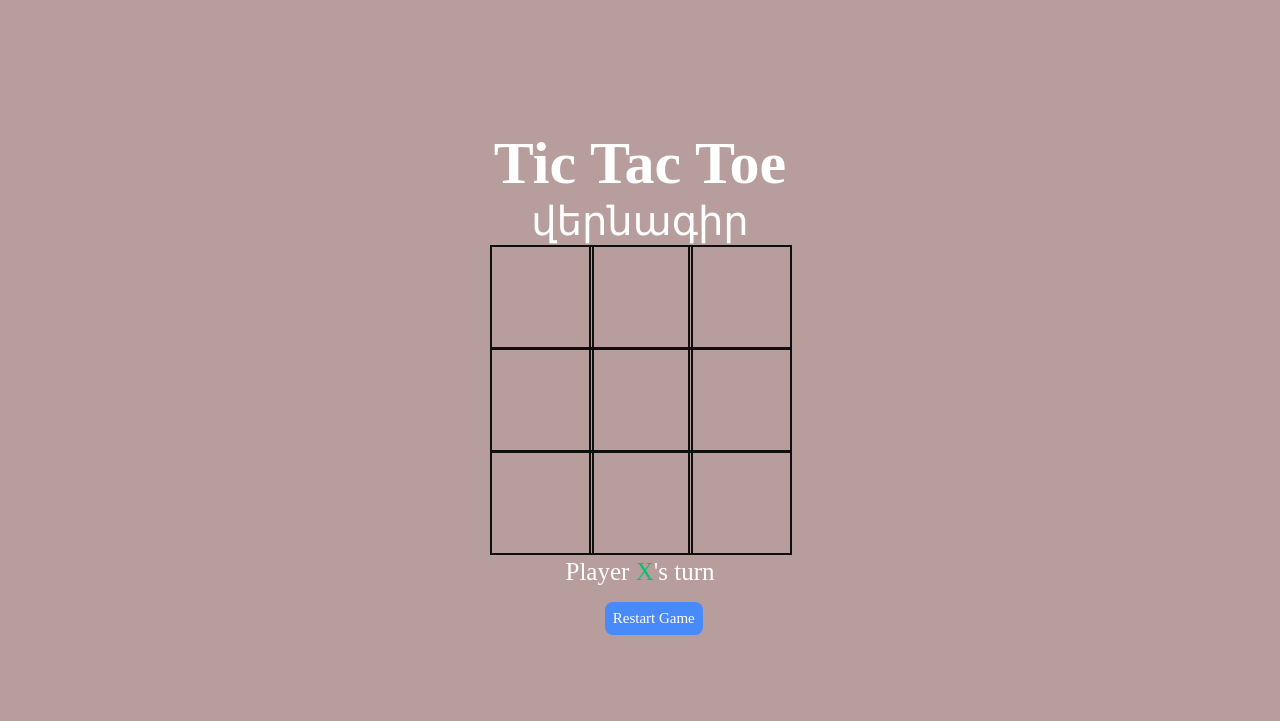
Repository: sedashahnazaryan/tic-tac-too
Page: index.html
These files come from the project's save history. The page is drawn as it stood at one moment and after the next save; the edit follows.
The browser window is 1280 px wide. The pictures show the whole page.

Above is the page before, as saved 2022-02-01 01:32:04.

### index.html
<!DOCTYPE html>
<html lang="en">
  <head>
    <meta charset="UTF-8" />
    <meta http-equiv="X-UA-Compatible" content="IE=edge" />
    <meta name="viewport" content="width=device-width, initial-scale=1.0" />
    <link rel="stylesheet" href="./index.css" />
    <title>Tic-Tac-Toe</title>
  </head>
  <main class="background">
    <section class="title">
        <h1>Tic Tac Toe</h1> վերնագիր
    </section>

    <section class="container">
        <div class="tile"></div>
        <div class="tile"></div>
        <div class="tile"></div>
        <div class="tile"></div>
        <div class="tile"></div>
        <div class="tile"></div>
        <div class="tile"></div>
        <div class="tile"></div>
        <div class="tile"></div>
    </section>
    <section class="display">
        Player <span class="display-player playerX">X</span>'s turn
    </section>
    <section class="display announcer hide"></section>
    <section class="controls">
        <button id="restart">Restart Game</button>
    </section>
</main>
  <body>
    <script src="index.js"></script>
  </body>
</html>

### index.css
* {
    padding: 0;
    margin: 0;
    font-family: 'Itim', cursive;
}
.background{
    background-color: #b89d9d;
    height: 100vh;
    padding-top: 1px;
}
.title{
    color: white;
    text-align: center;
    font-size: 40px;
    margin-top: 10%;
}
.display
{
    color:white;
    font-size: 25px;
    text-align: center;
    margin-top: 1px;
    margin-bottom: 1pc;
}
.hide{
    display: none;
}
.container {
    margin: 0 auto;
    display: grid;
    grid-template-columns: 33% 33% 33%;
    grid-template-rows: 33% 33% 33%;
    max-width: 300px;
}
.tile {
    border: 2px solid rgb(15, 15, 15);
    min-width: 100px;
    min-height: 100px;
    display: flex;
    justify-content: center;
    align-items: center;
    font-size: 50px;
    cursor: pointer;
}
.playerX {
    color: #09C372;
}

.playerO {
    color: #498AFB;
}
.contrtols{
    display: flex;
    flex-direction: row;
    justify-content:center;
    align-items: center;
    margin-top: 1cm;
}
#restart{
    background-color: #498AFB;
    color: white;
    padding: 8px;
    border-radius: 8px;
    border: none;
    font-size: 15px;
    margin-left: 16cm;
    cursor: pointer;

}

### index.js
window.addEventListener('DOMContentLoaded', () => {
    const tiles = Array.from(document.querySelectorAll('.tile'));
const playerDisplay = document.querySelector('.display-player');
const restartButton = document.querySelector('#restart');
const announcer = document.querySelector('.announcer');

let board = ['', '', '', '', '', '', '', '', ''];
let currentPlayer = 'X';
let isGameActive = true;

const PLAYERX_WON = 'PLAYERX_WON';
const PLAYERO_WON = 'PLAYERO_WON';
const TIE = 'TIE';

const winningConditions = [
    [0, 1, 2],
    [3, 4, 5],
    [6, 7, 8],
    [0, 3, 6],
    [1, 4, 7],
    [2, 5, 8],
    [0, 4, 8],
    [2, 4, 6]
 ];
 function handleResultValidation() {
    let roundWon = false;
    for (let i = 0; i <= 7; i++) {
      const winCondition = winningConditions[i];
      const a = board[winCondition[0]];
      const b = board[winCondition[1]];
      const c = board[winCondition[2]];
      if (a === "" || b === "" || c === "") {
        continue;
      }
      if (a === b && b === c) {
        roundWon = true;
        break;
      }
    }

    if (roundWon) {
      announce(currentPlayer === "X" ? PLAYERX_WON : PLAYERO_WON);
      isGameActive = false;
      return;
    }

    if (!board.includes(""))
    announce(TIE);
  }
 const announce = (type) => {
    switch(type){
       case PLAYERO_WON:
            announcer.innerHTML = 'Player <span class="playerO">O</span> Won';
            break;
       case PLAYERX_WON:
            announcer.innerHTML = 'Player <span class="playerX">X</span> Won';
            break;
       case TIE:
            announcer.innerText = 'Tie';
        }
    announcer.classList.remove('hide');
};
const isValidAction = (tile) => {
    if (tile.innerText === 'X' || tile.innerText === 'O'){
        return false;
    }

    return true;
};
const updateBoard =  (index) => {
    board[index] = currentPlayer;
 }
 const changePlayer = () => {
    playerDisplay.classList.remove(`player${currentPlayer}`);
    currentPlayer = currentPlayer === 'X' ? 'O' : 'X';
    playerDisplay.innerText = currentPlayer;
    playerDisplay.classList.add(`player${currentPlayer}`);
}
 const userAction = (tile, index) => {
    if (isValidAction(tile) && isGameActive) {
      tile.innerText = currentPlayer;
      tile.classList.add(`player${currentPlayer}`);
      updateBoard(index);
      handleResultValidation();
      changePlayer();
    }
  };
  const restartBoard = () => {
    board = ['', '', '', '', '', '', '', '', ''];
    isGameActive = true;
    announcer.classList.add('hide');

    if (currentPlayer === 'O') {
        changePlayer();
    }

    tiles.forEach(tile => {
        tile.innerText = '';
        tile.classList.remove('playerX');
        tile.classList.remove('playerO');
    });
}
 tiles.forEach( (tile, index) => {
    tile.addEventListener('click', () => userAction(tile, index));
});
    restartButton.addEventListener('click', restartBoard);

  });



// let board =[
//     ["-","-","-"],
//     ["-","-","-"],
//     ["-","-","-"]
// ];
// let boardStr =board[0].join(" ")+
// "\n"+
// board[1].join(" ")+
// "\n"+
// board[2].join(" ");

After the next save:
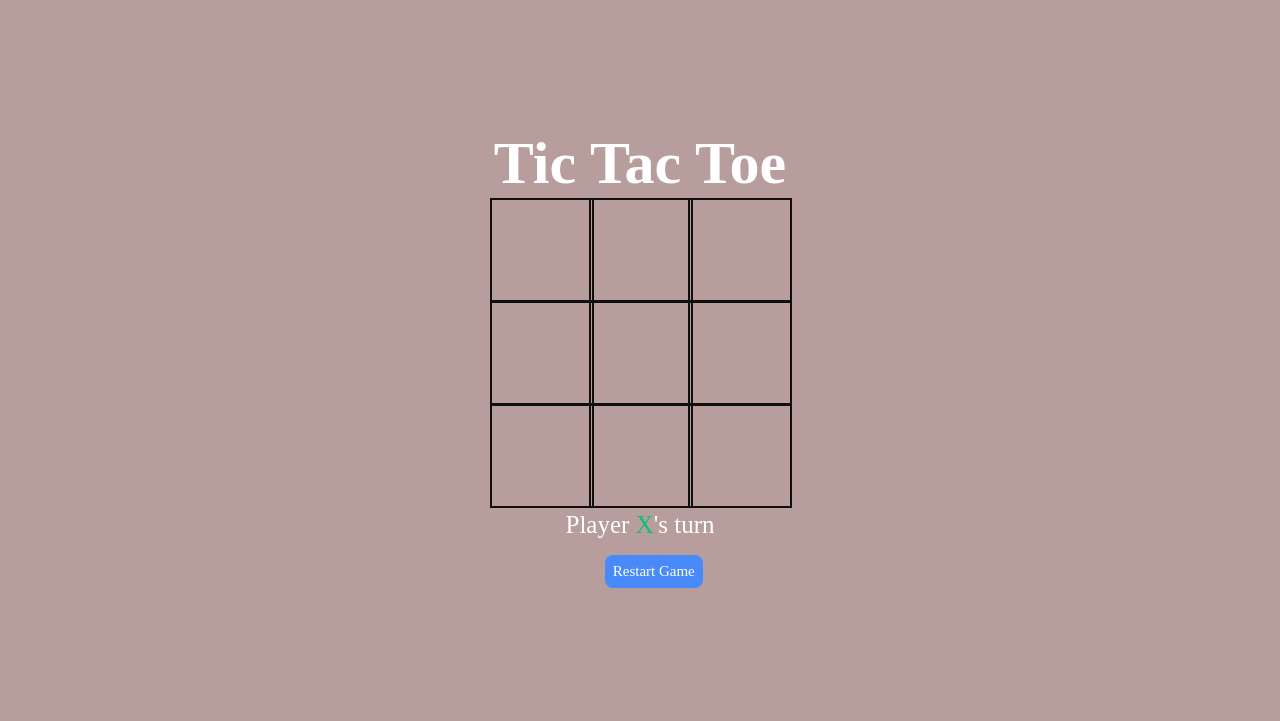
Saved 10 s later.
--- a/index.html
+++ b/index.html
@@ -9,7 +9,7 @@
   </head>
   <main class="background">
     <section class="title">
-        <h1>Tic Tac Toe</h1> վերնագիր
+        <h1>Tic Tac Toe</h1>
     </section>
 
     <section class="container">
